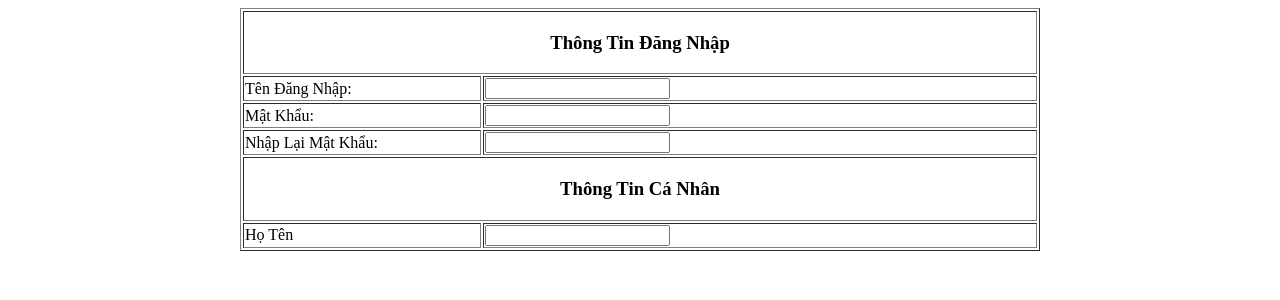
Repository: Tan-Khang21/TH_TKW--Buoi_04
Page: Bai_Tap_Tren_Lop/Bai_01/Form5.html
The author's editor kept a copy of each file at every save. The page is drawn from the files as they stood at one save, then again after the next save.
The browser window is 1280 px wide. The pictures show the whole page.

Above is the page before, as saved 2024-03-06 11:02:40.

After the next save:
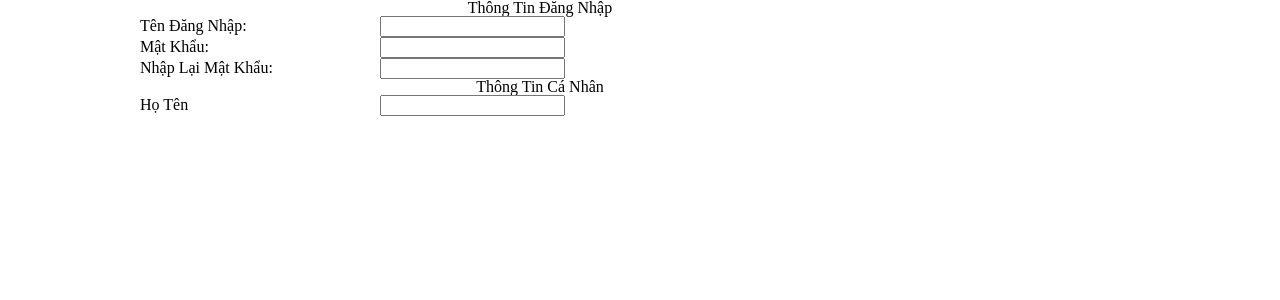
Saved 18 s later.
--- a/Bai_Tap_Tren_Lop/Bai_01/Form5.html
+++ b/Bai_Tap_Tren_Lop/Bai_01/Form5.html
@@ -4,6 +4,7 @@
     <meta charset="UTF-8">
     <meta name="viewport" content="width=device-width, initial-scale=1.0">
     <title>Document</title>
+    <link rel="stylesheet" href="reset.css">
 </head>
 <style>
 *{

After the save that followed:
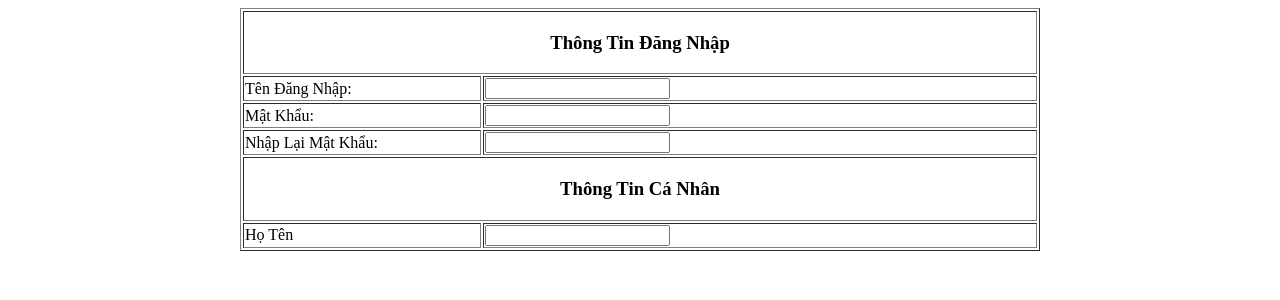
Saved 50 s later.
--- a/Bai_Tap_Tren_Lop/Bai_01/Form5.html
+++ b/Bai_Tap_Tren_Lop/Bai_01/Form5.html
@@ -4,7 +4,7 @@
     <meta charset="UTF-8">
     <meta name="viewport" content="width=device-width, initial-scale=1.0">
     <title>Document</title>
-    <link rel="stylesheet" href="reset.css">
+
 </head>
 <style>
 *{
